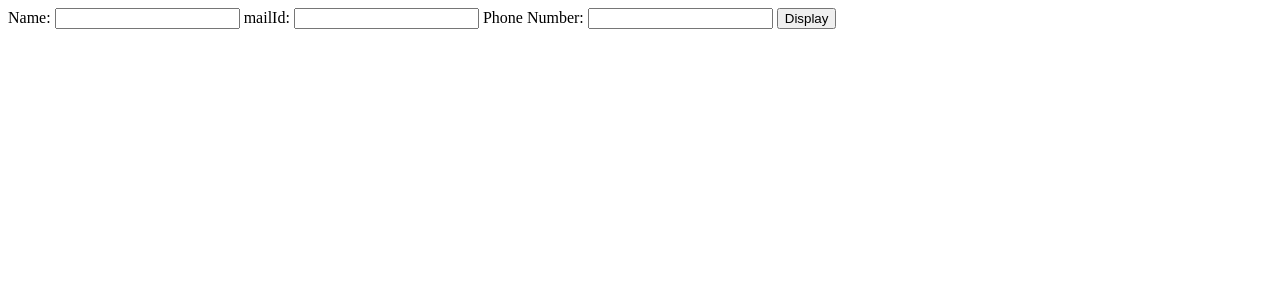
Repository: GokulLade/WebApps_with_Servlets_JSP
Page: 01_PrintingUserInfo/src/main/webapp/input.html
An editor plug-in stored every save of this project. The page is shown before and after the next save, followed by the edit.
The browser window is 1280 px wide. The pictures show the whole page.

Above is the page before, as saved 2024-11-28 09:05:21.

### 01_PrintingUserInfo/src/main/webapp/input.html
<!DOCTYPE html>
<html>
<head>
<meta charset="UTF-8">
<title>Input Form</title>
</head>
<body>
	<form action="display" method="post">
	Name: <input type="text" name="userName">
	mailId: <input type="text" name="userEmail">
	Phone Number: <input type="text" name="userPhoneNumber">
	<input type="submit" value="Display">
	</form>
</body>
</html>

After the next save:
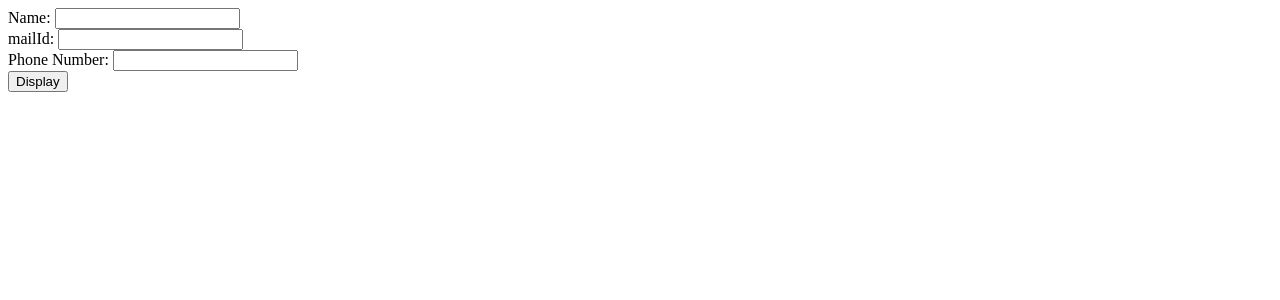
Saved 2 min 15 s later.
--- a/01_PrintingUserInfo/src/main/webapp/input.html
+++ b/01_PrintingUserInfo/src/main/webapp/input.html
@@ -6,9 +6,9 @@
 </head>
 <body>
 	<form action="display" method="post">
-	Name: <input type="text" name="userName">
-	mailId: <input type="text" name="userEmail">
-	Phone Number: <input type="text" name="userPhoneNumber">
+	Name: <input type="text" name="userName"><br>
+	mailId: <input type="text" name="userEmail"><br>
+	Phone Number: <input type="text" name="userPhoneNumber"><br>
 	<input type="submit" value="Display">
 	</form>
 </body>
